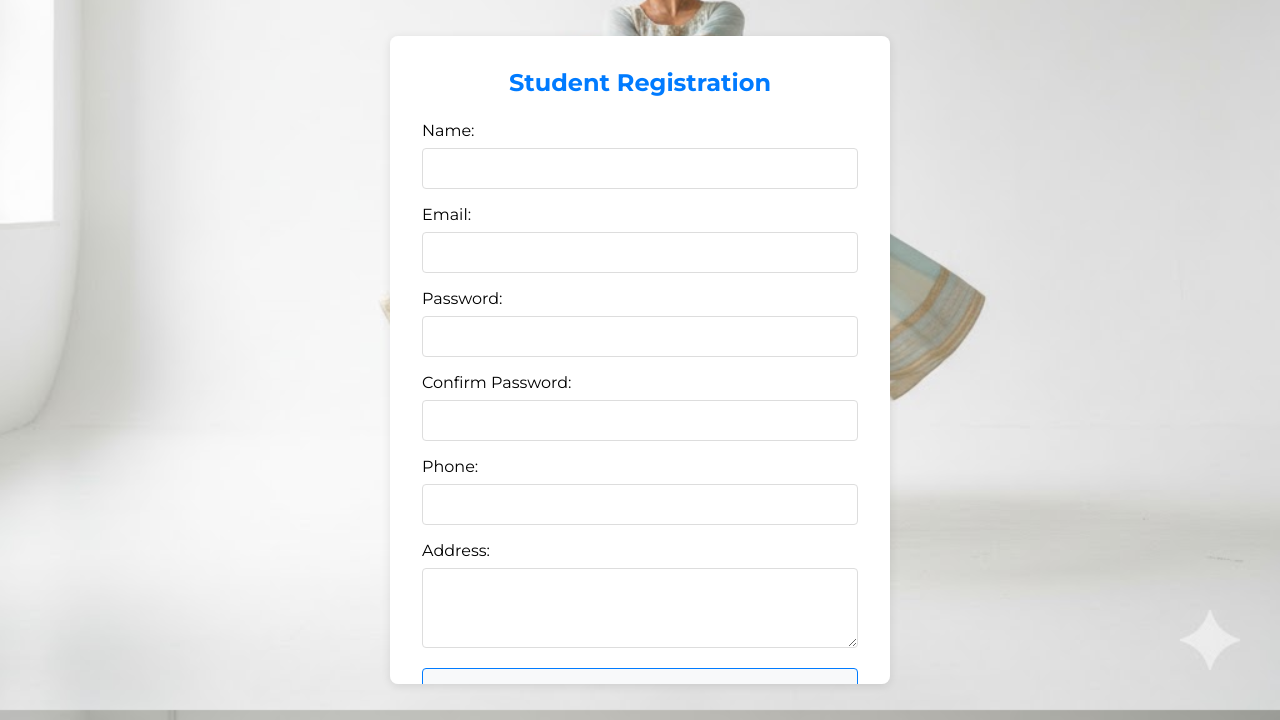
Repository: Priyadharshini-J-CSE/StepSync_Dance_Mangement_System
Page: /user-register (app in frontend/)
An editor plug-in stored every save of this project. The page is shown before and after a run of saves, followed by the edit.
The browser window is 1280 px wide. The pictures show the whole page.
An inner scrolling area shows only its first screen. Some web fonts or font styles are not loaded; a fallback is used. Some web libraries are served in a nearby version. The project was rebuilt for these pictures with package versions that can differ from the ones it lists, and the page was loaded fresh each time. Also part of the build but not shown: frontend/src/index.css, frontend/src/pages/LandingPage.js, frontend/src/components/Alert.js, frontend/src/pages/UserLogin.js, frontend/src/pages/AdminLogin.js, frontend/src/pages/AdminRegister.js, frontend/src/pages/ForgotPassword.js, frontend/src/components/Navbar.js and 17 more.

Above is the page before, as saved 2025-12-18 10:47:37.

After the next 2 saves:
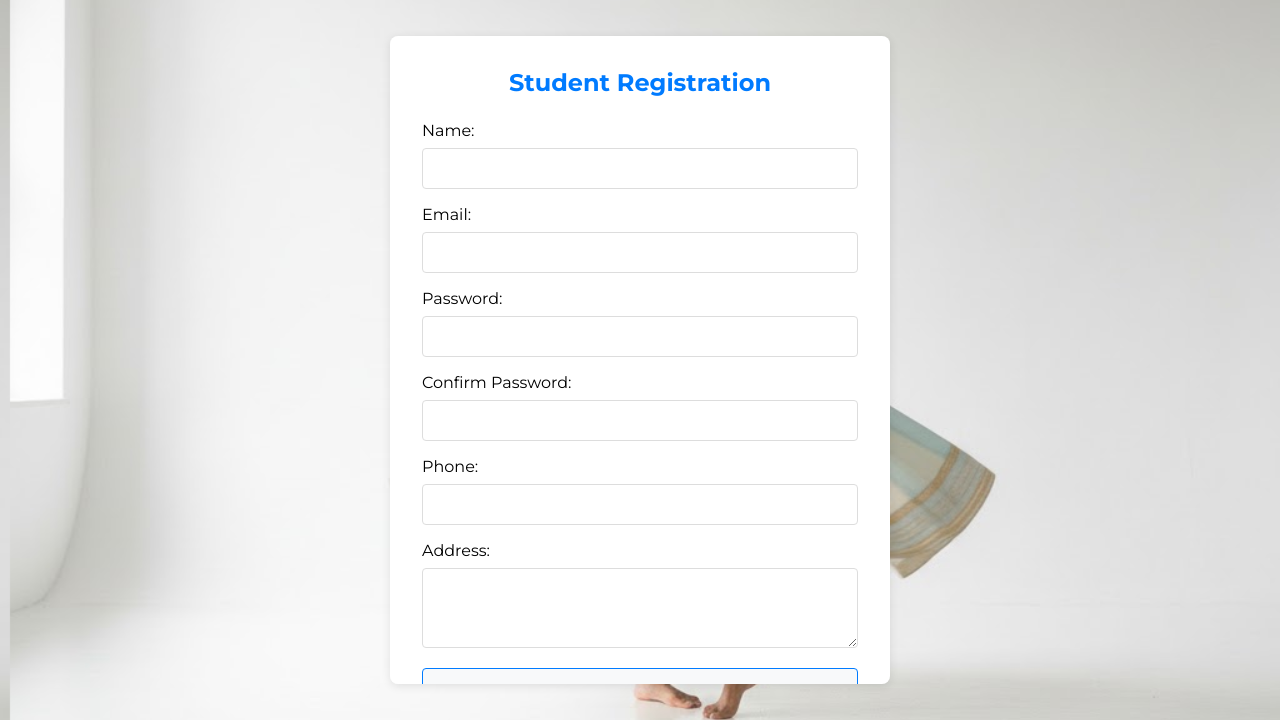
The 2 saves are shown as one change because they came seconds apart.
The last was saved 16 s later.
--- a/frontend/src/pages/UserRegister.js
+++ b/frontend/src/pages/UserRegister.js
@@ -65,7 +65,7 @@ const UserRegister = () => {
       padding: '1rem',
       backgroundImage: 'url(/image.jpg)',
       backgroundSize: 'cover',
-      backgroundPosition: 'left 30% bottom 10px',
+      backgroundPosition: 'bottom 30% left 10px',
       backgroundAttachment: 'fixed'
     }}>
       <form onSubmit={handleSubmit} style={{
